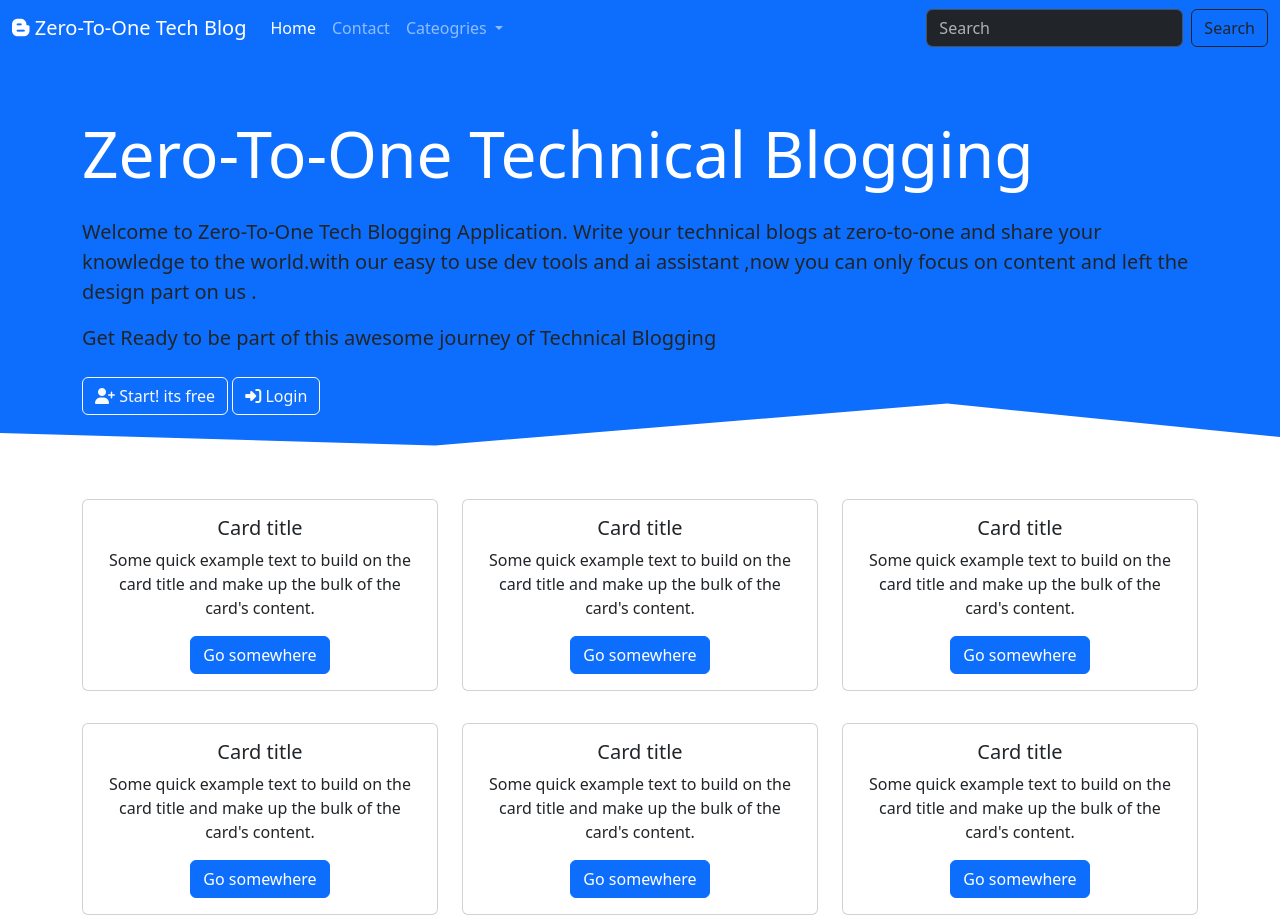
Repository: Gaurav560/PROJECT-ZeroToOne-TechBlog
Page: http://localhost/ZeroToOne/
The author's editor kept a copy of each file at every save. The page is drawn from the files as they stood at one save, then again after the next save.
The browser window is 1280 px wide. The pictures show the whole page.
Some web libraries are served in a nearby version. The page is served by Tomcat 9.

Above is the page before, as saved 2023-04-29 08:11:26.

After the next save:
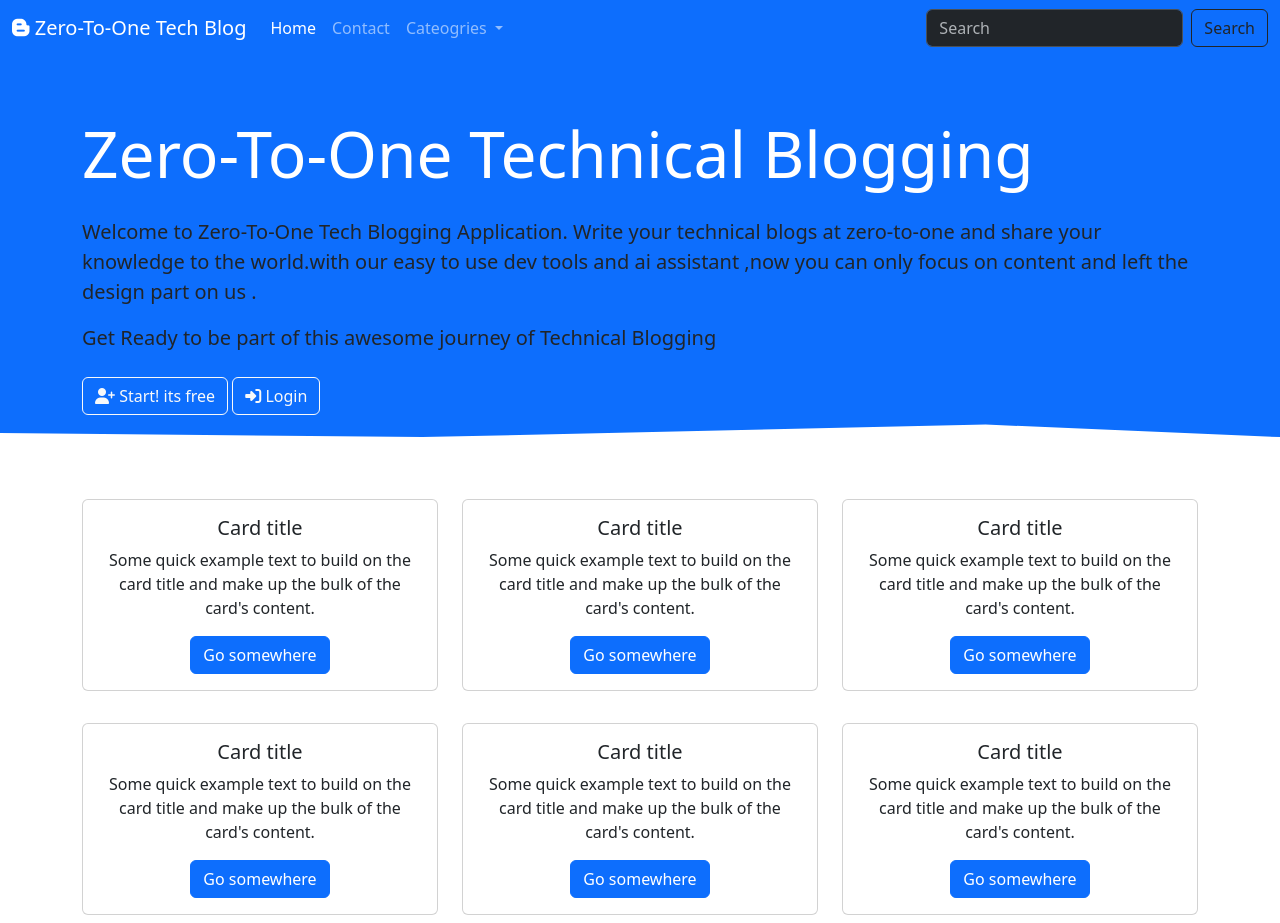
Saved 48 s later.
--- a/ZeroToOne/src/main/webapp/css/style.css
+++ b/ZeroToOne/src/main/webapp/css/style.css
@@ -6,7 +6,7 @@
 	padding:60px;
 }
 .banner-background{
-	clip-path: polygon(30% 0%, 70% 0%, 100% 0, 100% 91%, 74% 83%, 34% 93%, 0 90%, 0 0);
+	clip-path: polygon(30% 0%, 70% 0%, 100% 0, 100% 91%, 77% 88%, 33% 91%, 0 90%, 0 0);
 
 
 
